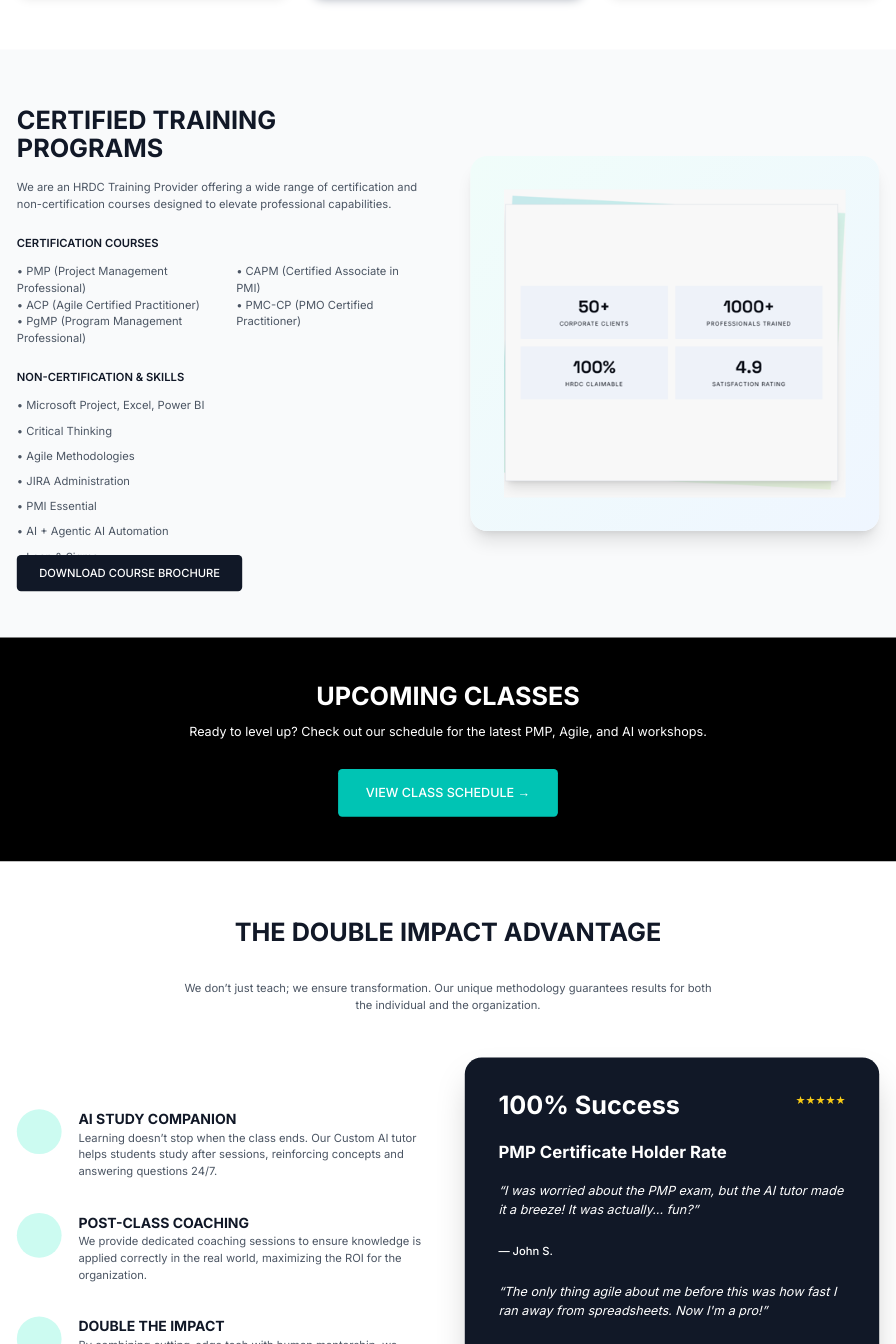
Repository: hsuntariq/web-pages
Page: impact/index.html
An editor plug-in stored every save of this project. The page is shown before and after the next save, followed by the edit.
The browser window is 1280 px wide. The pictures show the part of the page from y = 1294 to 3214 px (the page is 4049 px tall before and 3989 px after), at 70% of full size.
Some web libraries are served in a nearby version.

Above is the page before, as saved 2025-12-28 20:33:36.

### impact/index.html
<!DOCTYPE html>
<html lang="en" class="scroll-smooth">
  <head>
    <meta charset="UTF-8" />
    <meta name="viewport" content="width=device-width, initial-scale=1.0" />
    <title>
      Impact Through Execution – HRDC Certified Training Provider Malaysia
    </title>
    <meta
      name="description"
      content="HRDC certified training provider offering PMP, CAPM, Agile, AI in PM, and digital transformation courses in Malaysia. Consultancy, corporate training, and execution solutions."
    />
    <link
      rel="stylesheet"
      href="https://cdn.jsdelivr.net/npm/bootstrap-icons@1.13.1/font/bootstrap-icons.min.css"
    />
    <script src="https://cdn.tailwindcss.com"></script>
    <script>
      tailwind.config = {
        theme: {
          extend: {
            colors: {
              primary: "#00C4B4", // teal for buttons
              accent: "#122F87", // dark blue for accents
            },
          },
        },
      };
    </script>
    <link
      href="https://fonts.googleapis.com/css2?family=Inter:wght@400;500;600;700;800&display=swap"
      rel="stylesheet"
    />
    <style>
      body {
        font-family: "Inter", sans-serif;
      }
    </style>
  </head>
  <body class="bg-white text-gray-900">
    <!-- Navigation -->
    <header class="fixed top-0 left-0 right-0 bg-white shadow-md z-50">
      <nav
        class="max-w-7xl mx-auto px-6 py-4 flex items-center justify-between"
      >
        <div class="text-2xl font-bold text-accent">IMPACT</div>
        <div class="hidden md:flex space-x-8 text-sm font-medium">
          <a href="#services" class="hover:text-primary transition">SERVICES</a>
          <a href="#training" class="hover:text-primary transition">TRAINING</a>
          <a href="#about" class="hover:text-primary transition">ABOUT</a>
          <a href="#contact" class="hover:text-primary transition">CONTACT</a>
        </div>
        <a
          href="#"
          class="bg-primary text-white px-6 py-3 rounded-md font-medium hover:bg-primary/90 transition"
          >GET STARTED</a
        >
      </nav>
    </header>

    <!-- Hero Section -->
    <section class="pt-24 pb-16 bg-gray-50">
      <div
        class="max-w-7xl mx-auto px-6 grid lg:grid-cols-2 gap-12 items-center"
      >
        <div>
          <img
            src="https://precisionwellness.my/wp-content/uploads/2025/06/HRDC_Claimable_Registered_Training_Provider_Logos-scaled.webp"
            alt="HRDC Certified Training Provider"
            class="h-12 mb-6"
          />
          <h1
            class="text-5xl md:text-6xl font-bold text-gray-900 leading-tight"
          >
            IMPACT<br />
            <span
              class="bg-gradient-to-r text-transparent from-teal-500 bg-clip-text to-green-400"
            >
              THROUGH
            </span>
            <br />EXECUTION
          </h1>
          <p
            class="text-lg text-gray-600 border border-l-3 border-teal-400 border-2 border-t-0 border-b-0 border-e-0 ps-5 mt-6 mb-8"
          >
            We bring value that has strong impact to the organization &
            individual through Consultancy, Training, and Digital Execution.
          </p>
          <div class="flex flex-col sm:flex-row gap-4">
            <a
              href="#"
              class="bg-primary text-white px-8 py-4 rounded-md font-medium hover:bg-primary/90 transition"
              >OUR SERVICES</a
            >
            <a
              href="#"
              class="border border-gray-900 text-gray-900 px-8 py-4 rounded-md font-medium hover:bg-gray-900 hover:text-white transition"
              >CONTACT US</a
            >
          </div>
        </div>
        <div class="relative">
          <img
            src="./hero.PNG"
            alt="Agentic AI transforming project management"
            class="rounded-2xl shadow-2xl w-full"
          />
          <!-- <div
            class="absolute top-4 right-4 bg-black text-white px-4 py-2 rounded-md text-sm font-medium"
          >
            AGENTIC AI
          </div> -->
          <!-- <div
            class="absolute bottom-4 left-4 bg-black text-white px-6 py-3 rounded-md font-medium"
          >
            PMO EXPERT<br />Delivering project delivery excellence
          </div> -->
        </div>
      </div>
    </section>

    <!-- Core Capabilities -->
    <section class="py-20 bg-white">
      <div class="max-w-7xl mx-auto px-6">
        <div
          class="grid grid-cols-1 md:grid-cols-2 justify-between items-center"
        >
          <h2 class="text-4xl font-bold text-left mb-12">CORE CAPABILITIES</h2>
          <p class="text-left text-gray-600 mb-16 w-full md:w-1/2 mx-auto">
            Comprehensive solutions designed to transform your business
            operations and empower your workforce.
          </p>
        </div>
        <div class="grid grid-cols-1 md:grid-cols-3 gap-8">
          <!-- Consultancy PM & AI -->
          <div class="bg-gray-50 rounded-2xl p-8 shadow-lg">
            <div
              class="bg-teal-100 w-16 flex justify-center items-center h-16 rounded-full mb-6"
            >
              <i class="bi bi-perplexity"></i>
            </div>
            <h3 class="text-2xl font-bold mb-4">CONSULTANCY PM & AI</h3>
            <ul class="space-y-3 text-gray-600">
              <li>• Agentic AI Implementation</li>
              <li>• PMO Setup & Optimization</li>
              <li>• Business Process Reengineering</li>
              <li>• Project Execution Strategy</li>
            </ul>
            <a
              href="#"
              class="mt-8 inline-block text-primary font-medium hover:underline"
              >LEARN MORE →</a
            >
          </div>
          <!-- Training -->
          <div
            class="bg-gradient-to-b from-teal-50 to-white rounded-2xl shadow-2xl shadow-gray-400 border-e-0 border-s-0 border-b-0 border-[5px] p-8 shadow-lg border border-green-400"
          >
            <div
              class="bg-green-200 w-16 flex justify-center items-center h-16 rounded-full mb-6"
            >
              <i class="bi bi-people"></i>
            </div>
            <h3 class="text-2xl font-bold mb-4">TRAINING</h3>
            <p class="text-gray-600 mb-6">
              Empower your team with industry-recognized certifications and
              practical skills.
            </p>
            <div class="flex flex-wrap gap-2 mb-6">
              <span class="bg-gray-200 px-3 py-1 rounded text-sm">PMP</span>
              <span class="bg-gray-200 px-3 py-1 rounded text-sm">CAPM</span>
              <span class="bg-gray-200 px-3 py-1 rounded text-sm">Agile</span>
              <span class="bg-gray-200 px-3 py-1 rounded text-sm">PMC-CP</span>
              <span class="bg-gray-200 px-3 py-1 rounded text-sm"
                >Lean & Sigma</span
              >
              <span class="bg-gray-200 px-3 py-1 rounded text-sm"
                >Power BI</span
              >
            </div>
            <a
              href="#"
              class="mt-8 inline-block text-green-400 font-medium hover:underline"
              >VIEW COURSE CATALOG →</a
            >
          </div>
          <!-- Digital Execution -->
          <div class="bg-gray-50 rounded-2xl p-8 shadow-lg">
            <div
              class="bg-blue-100 w-16 flex justify-center items-center h-16 rounded-full mb-6"
            >
              <i class="bi bi-cpu"></i>
            </div>
            <h3 class="text-2xl font-bold mb-4">DIGITAL EXECUTION</h3>
            <ul class="space-y-3 text-gray-600">
              <li>• Digital Transformation</li>
              <li>• Automation Workflows</li>
              <li>• Data Analytics Solutions</li>
            </ul>
            <a
              href="#"
              class="mt-8 inline-block text-primary font-medium hover:underline"
              >LEARN MORE →</a
            >
          </div>
        </div>
      </div>
    </section>

    <!-- Certified Training Programs -->
    <section class="py-20 bg-gray-50">
      <div
        class="max-w-7xl mx-auto px-6 grid lg:grid-cols-2 gap-16 items-center"
      >
        <div>
          <h2 class="text-4xl font-bold mb-6">CERTIFIED TRAINING PROGRAMS</h2>
          <p class="text-gray-600 mb-8">
            We are an HRDC Training Provider offering a wide range of
            certification and non-certification courses designed to elevate
            professional capabilities.
          </p>
          <div class="space-y-8">
            <div>
              <h4 class="font-semibold mb-4">CERTIFICATION COURSES</h4>
              <ul class="space-y-3 text-gray-600">
                <div class="flex justify-between">
                  <div class="">
                    <li>• PMP (Project Management Professional)</li>
                    <li>• ACP (Agile Certified Practitioner)</li>
                    <li>• PgMP (Program Management Professional)</li>
                  </div>
                  <div class="">
                    <li>• CAPM (Certified Associate in PMI)</li>
                    <li>• PMC-CP (PMO Certified Practitioner)</li>
                  </div>
                </div>
              </ul>
            </div>
            <div>
              <h4 class="font-semibold mb-4">NON-CERTIFICATION & SKILLS</h4>
              <ul class="space-y-3 text-gray-600">
                <li>• Microsoft Project, Excel, Power BI</li>
                <li>• Critical Thinking</li>
                <li>• Agile Methodologies</li>
                <li>• JIRA Administration</li>
                <li>• PMI Essential</li>
                <li>• AI + Agentic AI Automation</li>
                <li>• Lean & Sigma</li>
              </ul>
            </div>
            <a
              href="#"
              class="bg-gray-900 text-white px-8 py-4 rounded-md font-medium hover:bg-gray-800 transition"
              >DOWNLOAD COURSE BROCHURE</a
            >
          </div>
        </div>
        <div
          class="bg-gradient-to-br from-teal-50 to-blue-50 rounded-3xl p-12 shadow-xl"
        >
          <img src="./programs.PNG" class="w-full" alt="" />
        </div>
      </div>
    </section>

    <!-- Upcoming Classes -->
    <section class="py-16 bg-black text-white text-center">
      <div class="max-w-7xl mx-auto px-6">
        <h2 class="text-4xl font-bold mb-4">UPCOMING CLASSES</h2>
        <p class="text-lg mb-10">
          Ready to level up? Check out our schedule for the latest PMP, Agile,
          and AI workshops.
        </p>
        <a
          href="#"
          class="bg-primary text-white px-10 py-5 rounded-md text-lg font-medium hover:bg-primary/90 transition inline-block"
          >VIEW CLASS SCHEDULE →</a
        >
      </div>
    </section>

    <!-- Double Impact Advantage -->
    <section class="py-20 bg-white">
      <div class="max-w-7xl mx-auto px-6">
        <h2 class="text-4xl font-bold text-center mb-12">
          THE DOUBLE IMPACT ADVANTAGE
        </h2>
        <p class="text-center text-gray-600 mb-16 max-w-3xl mx-auto">
          We don’t just teach; we ensure transformation. Our unique methodology
          guarantees results for both the individual and the organization.
        </p>
        <div class="grid lg:grid-cols-2 gap-12 items-center">
          <div class="space-y-12">
            <div class="flex gap-6">
              <div
                class="bg-teal-100 w-16 h-16 rounded-full flex-shrink-0"
              ></div>
              <div>
                <h4 class="font-bold text-xl">AI STUDY COMPANION</h4>
                <p class="text-gray-600">
                  Learning doesn’t stop when the class ends. Our Custom AI tutor
                  helps students study after sessions, reinforcing concepts and
                  answering questions 24/7.
                </p>
              </div>
            </div>
            <div class="flex gap-6">
              <div
                class="bg-teal-100 w-16 h-16 rounded-full flex-shrink-0"
              ></div>
              <div>
                <h4 class="font-bold text-xl">POST-CLASS COACHING</h4>
                <p class="text-gray-600">
                  We provide dedicated coaching sessions to ensure knowledge is
                  applied correctly in the real world, maximizing the ROI for
                  the organization.
                </p>
              </div>
            </div>
            <div class="flex gap-6">
              <div
                class="bg-teal-100 w-16 h-16 rounded-full flex-shrink-0"
              ></div>
              <div>
                <h4 class="font-bold text-xl">DOUBLE THE IMPACT</h4>
                <p class="text-gray-600">
                  By combining cutting-edge tech with human mentorship, we
                  deliver exponential growth. Better skills for the employee,
                  better results for the company.
                </p>
              </div>
            </div>
          </div>
          <div class="relative">
            <div class="bg-gray-900 rounded-3xl p-12 shadow-2xl text-white">
              <div class="flex justify-between items-start mb-8">
                <div class="text-4xl font-bold">100% Success</div>
                <div class="text-yellow-400">★★★★★</div>
              </div>
              <p class="text-2xl font-bold mb-6">PMP Certificate Holder Rate</p>
              <blockquote class="text-lg italic mb-8">
                “I was worried about the PMP exam, but the AI tutor made it a
                breeze! It was actually... fun?”
              </blockquote>
              <p class="font-medium">— John S.</p>
              <blockquote class="text-lg italic mt-8 mb-8">
                “The only thing agile about me before this was how fast I ran
                away from spreadsheets. Now I'm a pro!”
              </blockquote>
              <p class="font-medium">— Amanda L.</p>
              <a
                href="#"
                class="mt-10 inline-block text-primary font-medium hover:underline"
                >SEE MORE SUCCESS STORIES →</a
              >
            </div>
          </div>
        </div>
      </div>
    </section>

    <!-- CTA -->
    <section
      class="py-20"
      style="
        background-image: url('https://thumbs.dreamstime.com/b/creative-glowing-blue-forex-chart-wallpaper-grid-invest-finance-concept-stock-market-chart-business-graph-background-159151545.jpg');
        background-size: cover;
        background-position: center;
      "
    >
      <div class="max-w-7xl mx-auto px-6 text-center text-white">
        <h2 class="text-5xl font-bold mb-6">READY TO MAKE AN IMPACT?</h2>
        <p class="text-xl mb-12">
          Let’s discuss how our consultancy and training solutions can drive
          your organization forward.
        </p>
        <div class="flex flex-col sm:flex-row gap-6 justify-center">
          <a
            href="#"
            class="bg-primary text-white px-10 py-5 rounded-md text-lg font-medium hover:bg-primary/90 transition"
            >GET IN TOUCH</a
          >
          <a
            href="#"
            class="border-2 border-white text-white px-10 py-5 rounded-md text-lg font-medium hover:bg-white hover:text-black transition"
            >VIEW CASE STUDIES</a
          >
        </div>
      </div>
    </section>

    <!-- Footer -->
    <footer class="bg-black text-white py-12">
      <div class="max-w-7xl mx-auto px-6 grid md:grid-cols-4 gap-8">
        <div>
          <div class="text-3xl font-bold mb-4">IMPACT</div>
          <p class="text-sm text-gray-400">
            We bring value that has strong impact to the organization &
            individual through Consultancy, Training, and Digital Execution.
          </p>
        </div>
        <div>
          <h4 class="font-bold mb-4">SERVICES</h4>
          <ul class="space-y-2 text-sm text-gray-400">
            <li>Consultancy PM & AI</li>
            <li>Corporate Training</li>
            <li>Digital Execution</li>
            <li>Business Process Reengineering</li>
          </ul>
        </div>
        <div>
          <h4 class="font-bold mb-4">COMPANY</h4>
          <ul class="space-y-2 text-sm text-gray-400">
            <li>About Us</li>
            <li>Contact</li>
            <li>Careers</li>
            <li>Privacy Policy</li>
          </ul>
        </div>
        <div class="text-right">
          <p class="text-sm text-gray-400">
            © 2025 Impact. All rights reserved.
          </p>
          <p class="text-xs text-gray-500 mt-4">
            HRDC Training Provider Certified
          </p>
        </div>
      </div>
    </footer>
  </body>
</html>

After the next save:
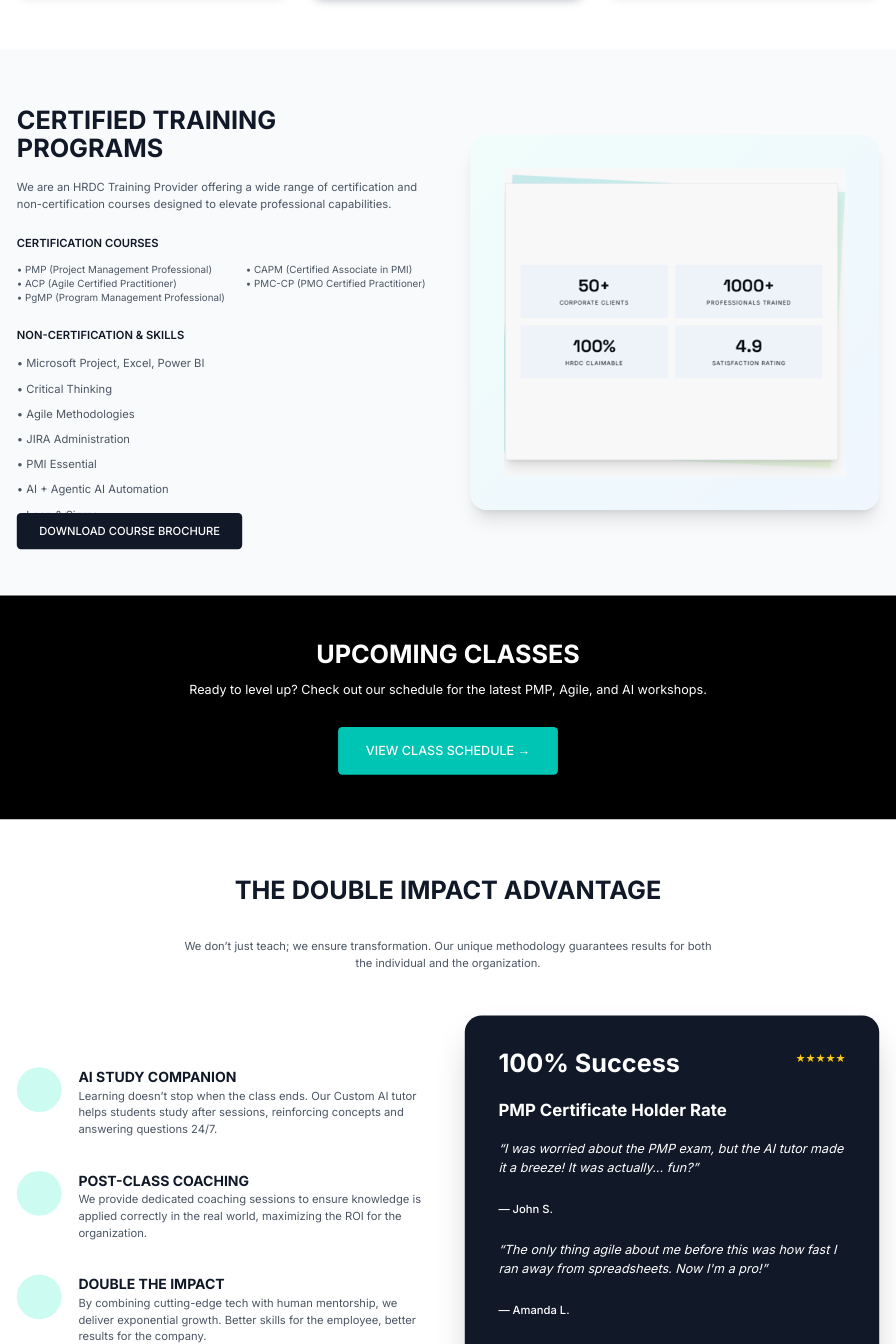
Saved 32 s later.
--- a/impact/index.html
+++ b/impact/index.html
@@ -223,7 +223,7 @@
             <div>
               <h4 class="font-semibold mb-4">CERTIFICATION COURSES</h4>
               <ul class="space-y-3 text-gray-600">
-                <div class="flex justify-between">
+                <div class="flex justify-between text-sm">
                   <div class="">
                     <li>• PMP (Project Management Professional)</li>
                     <li>• ACP (Agile Certified Practitioner)</li>
